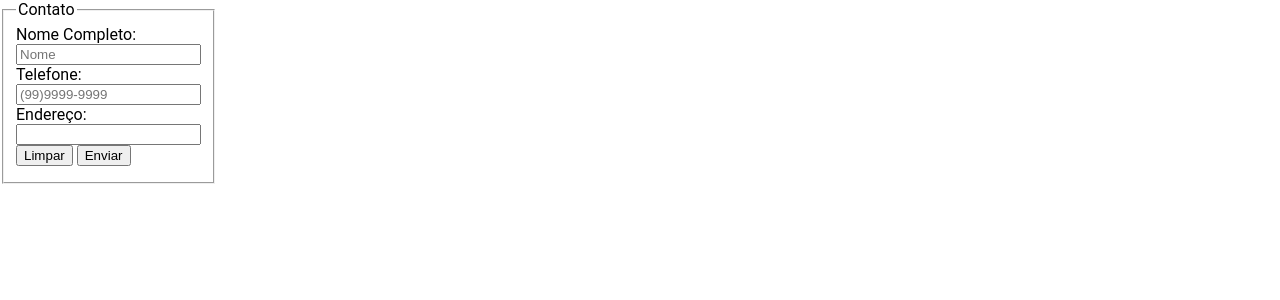
Repository: PedroViniciusVeiga/ProjetoColdigo
Page: exemploServlet/WebContent/contato.html
These files come from the project's save history. The page is drawn as it stood at one moment and after the next save; the edit follows.
The browser window is 1280 px wide. The pictures show the whole page.

Above is the page before, as saved 2021-04-07 02:00:40.

### exemploServlet/WebContent/contato.html
<!DOCTYPE html>
<html>
<head>
<meta charset="UTF-8">
<title>Registro de Contatos</title>
<link rel="stylesheet" type="text/css" href="css/siteContato.css">

</head>
<body>
<div class="blocoForm">
	<form name="dadosdecontato" method="post" action="#" class="formContato">
		<fieldset>
			<legend>Contato</legend>
			<label for="nome">Nome Completo:</label> <input type="text" name="txtnome"  id="nome" placeholder="Nome">
			<label for="fone">Telefone:</label> <input type="text" name="txtfone" placeholder=(99)9999-9999 id="fone">
			<label for="end">Endereço:</label> <input type="text" name="txtend"  id="end">
			<button type="reset">Limpar</button> <button type="submit" id="enviar">Enviar</button>
			<table>
				<tr>

					<td></td>
				</tr>
			</table>
		</fieldset>
	</form>
	</div>
</body>
</html>

### exemploServlet/WebContent/css/siteContato.css
@charset "UTF-8";

			/*Corpo da página*/

body {
	margin: 0 auto;
	font-family: "Roboto", sans-serif;
}

.blocoForm{
	float:left;
	width: 100px;
	height: 400px;
}

After the next save:
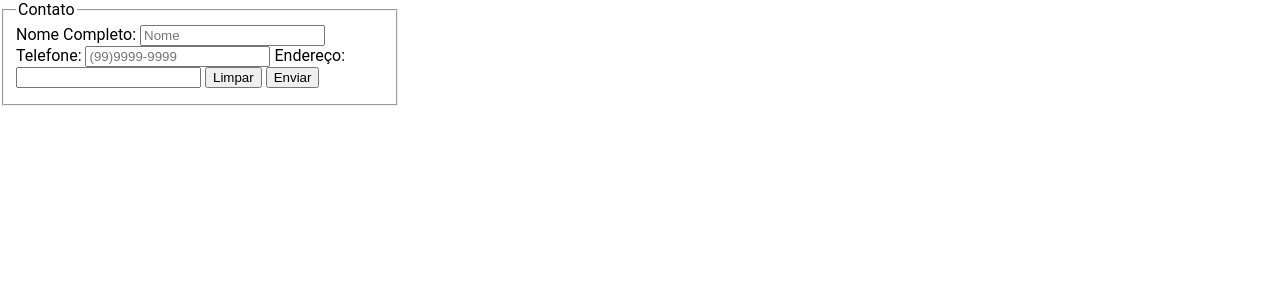
Saved 73 s later.
--- a/exemploServlet/WebContent/css/siteContato.css
+++ b/exemploServlet/WebContent/css/siteContato.css
@@ -9,6 +9,6 @@
 
 .blocoForm{
 	float:left;
-	width: 100px;
-	height: 400px;
+	width: 400px;
+	height: 200px;
 }

After the save that followed:
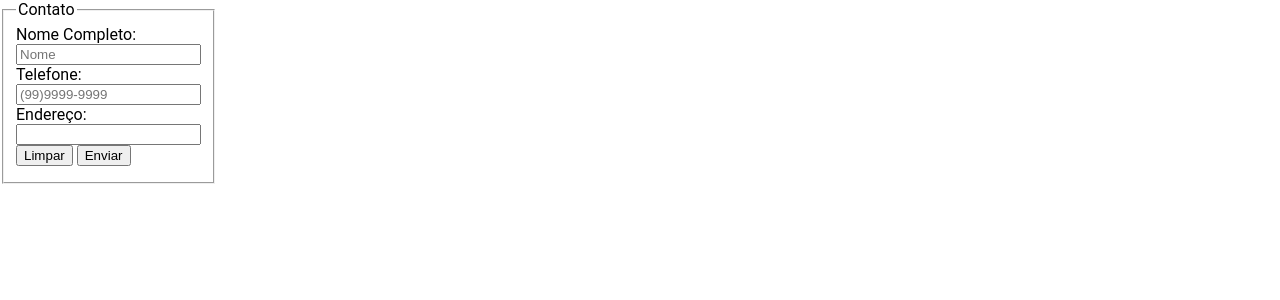
Saved 89 s later.
--- a/exemploServlet/WebContent/css/siteContato.css
+++ b/exemploServlet/WebContent/css/siteContato.css
@@ -9,6 +9,6 @@
 
 .blocoForm{
 	float:left;
-	width: 400px;
-	height: 200px;
+	width: 200px;
+	height: 400px;
 }
